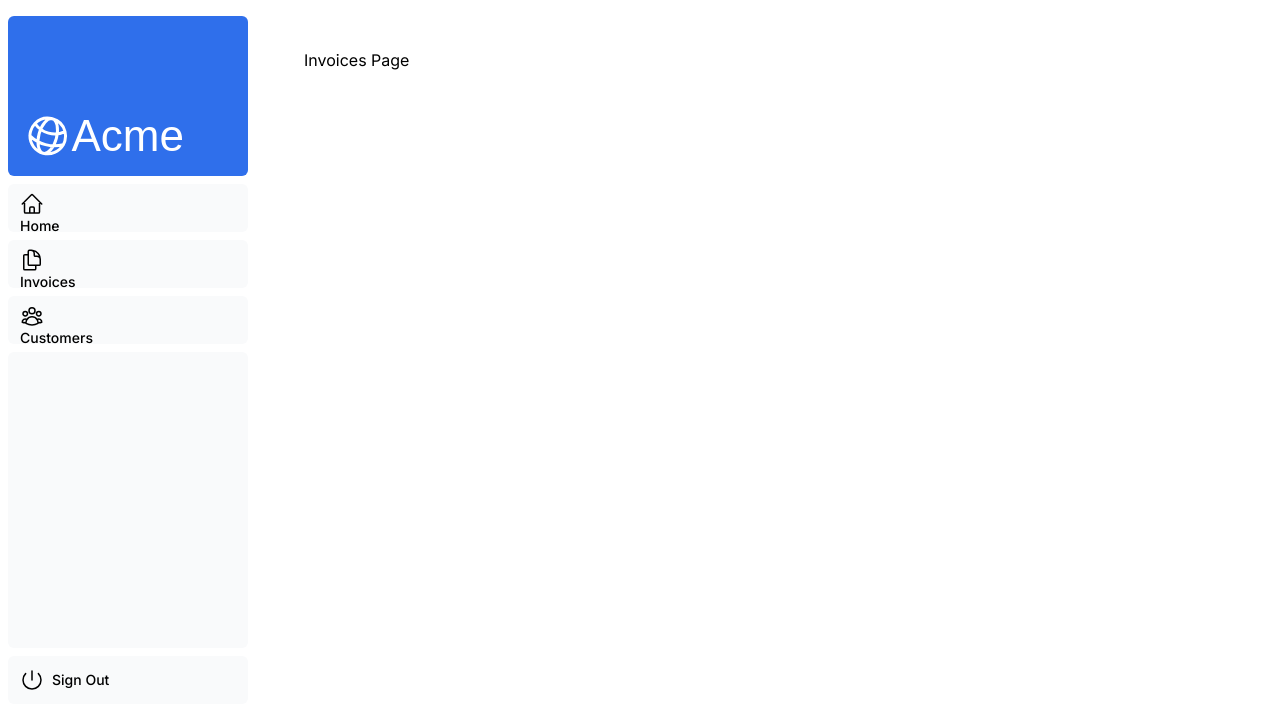
Repository: vaibhav1281/Nextjs-Learning
Page: /dashboard/invoices
The author's editor kept a copy of each file at every save. The page is drawn from the files as they stood at one save, then again after a run of saves.
The browser window is 1280 px wide. The pictures show the whole page.
Some web fonts or font styles are not loaded; a fallback is used. The project was rebuilt for these pictures with package versions that can differ from the ones it lists, and the page was loaded fresh each time. The framework's server and built-in components were replaced by stand-ins that run in the browser. Also part of the build but not shown: next.config.js.

Above is the page before, as saved 2023-12-30 12:19:42.

### app/dashboard/invoices/page.tsx
export default function Page(){
    return(
        <p>Invoices Page</p>
    )
}

### app/ui/fonts.ts
import { Inter, Lusitana } from 'next/font/google';


export const inter = Inter({ subsets: ['latin'] });
export const lusitana = Lusitana({
    weight: ['400'],
    subsets:['latin']
})

### app/ui/dashboard/sidenav.tsx
import Link from 'next/link';
import NavLinks from '@/app/ui/dashboard/nav-links';
import AcmeLogo from '@/app/ui/acme-logo';
import { PowerIcon } from '@heroicons/react/24/outline';

export default function SideNav() {
  return (
    <div className="flex h-full flex-col px-3 py-4 md:px-2">
      <Link
        className="mb-2 flex h-20 items-end justify-start rounded-md bg-blue-600 p-4 md:h-40"
        href="/"
      >
        <div className="w-32 text-white md:w-40">
          <AcmeLogo />
        </div>
      </Link>
      <div className="flex grow flex-row justify-between space-x-2 md:flex-col md:space-x-0 md:space-y-2">
        <NavLinks />
        <div className="hidden h-auto w-full grow rounded-md bg-gray-50 md:block"></div>
        <form>
          <button className="flex h-[48px] w-full grow items-center justify-center gap-2 rounded-md bg-gray-50 p-3 text-sm font-medium hover:bg-sky-100 hover:text-blue-600 md:flex-none md:justify-start md:p-2 md:px-3">
            <PowerIcon className="w-6" />
            <div className="hidden md:block">Sign Out</div>
          </button>
        </form>
      </div>
    </div>
  );
}

### app/ui/dashboard/nav-links.tsx
// you'll need to turn nav-links.tsx into a Client Component. Add React's "use client"
'use client'

import {
  UserGroupIcon,
  HomeIcon,
  DocumentDuplicateIcon,
} from '@heroicons/react/24/outline';
import Link from 'next/link';
import { usePathname } from 'next/navigation';
import clsx from 'clsx';

// Map of links to display in the side navigation.
// Depending on the size of the application, this would be stored in a database.
const links = [
  { name: 'Home', href: '/dashboard', icon: HomeIcon },
  {
    name: 'Invoices',
    href: '/dashboard/invoices',
    icon: DocumentDuplicateIcon,
  },
  { name: 'Customers', href: '/dashboard/customers', icon: UserGroupIcon },
];

export default function NavLinks() {
  const pathname = usePathname();
  return (
    <>
      {links.map((link) => {
        const LinkIcon = link.icon;
        return (
          <Link
            key={link.name}
            href={link.href}
            className={"clsx(flex h-[48px] grow items-center justify-center gap-2 rounded-md bg-gray-50 p-3 text-sm font-medium hover:bg-sky-100 hover:text-blue-600 md:flex-none md:justify-start md:p-2 md:px-3"}
          >
            <LinkIcon className="w-6" />
            <p className="hidden md:block">{link.name}</p>
          </Link>
        );
      })}
    </>
  );
}

Loaded but not shown: app/layout.tsx (common file); app/dashboard/layout.tsx (common file); app/ui/global.css (common file); app/ui/acme-logo.tsx (common file); tailwind.config.ts (common file)

After the next 5 saves:
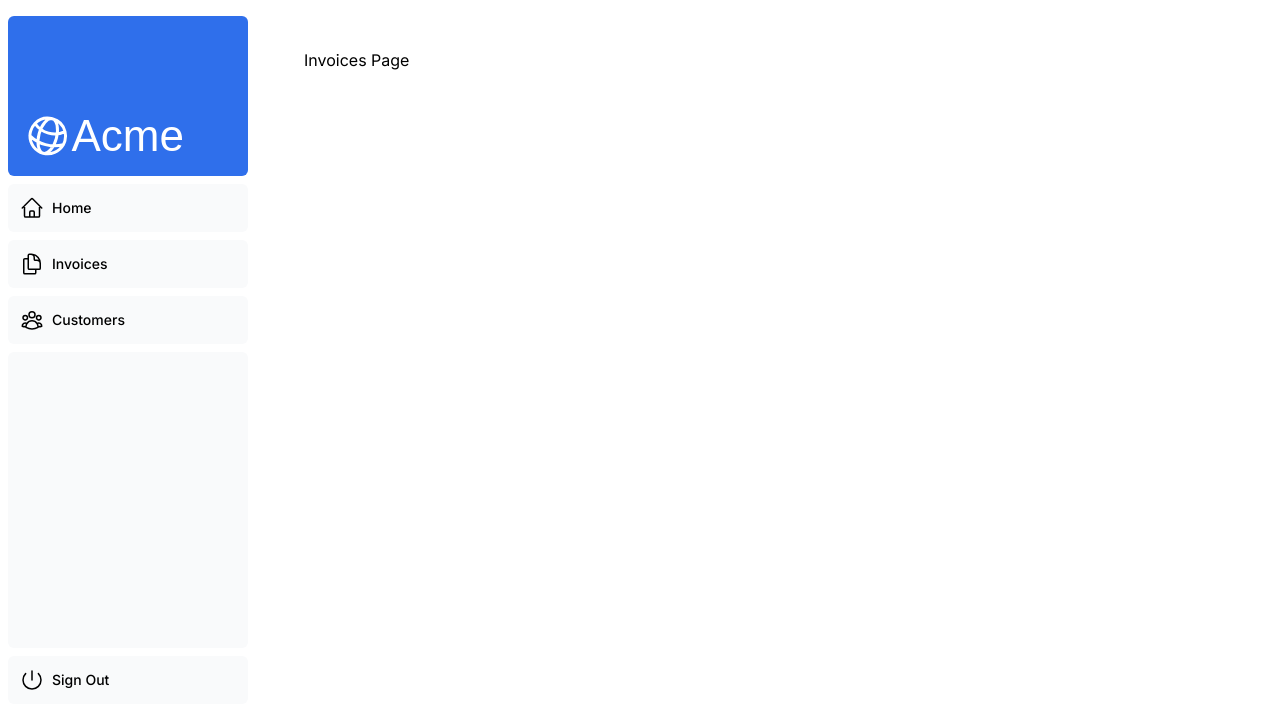
The 5 saves are shown as one change because 2 did not build or start and some came seconds apart.
The last was saved 21 s later.
--- a/app/ui/dashboard/nav-links.tsx
+++ b/app/ui/dashboard/nav-links.tsx
@@ -32,7 +32,7 @@
           <Link
             key={link.name}
             href={link.href}
-            className={"clsx(flex h-[48px] grow items-center justify-center gap-2 rounded-md bg-gray-50 p-3 text-sm font-medium hover:bg-sky-100 hover:text-blue-600 md:flex-none md:justify-start md:p-2 md:px-3"}
+            className={clsx("flex h-[48px] grow items-center justify-center gap-2 rounded-md bg-gray-50 p-3 text-sm font-medium hover:bg-sky-100 hover:text-blue-600 md:flex-none md:justify-start md:p-2 md:px-3")}
           >
             <LinkIcon className="w-6" />
             <p className="hidden md:block">{link.name}</p>
